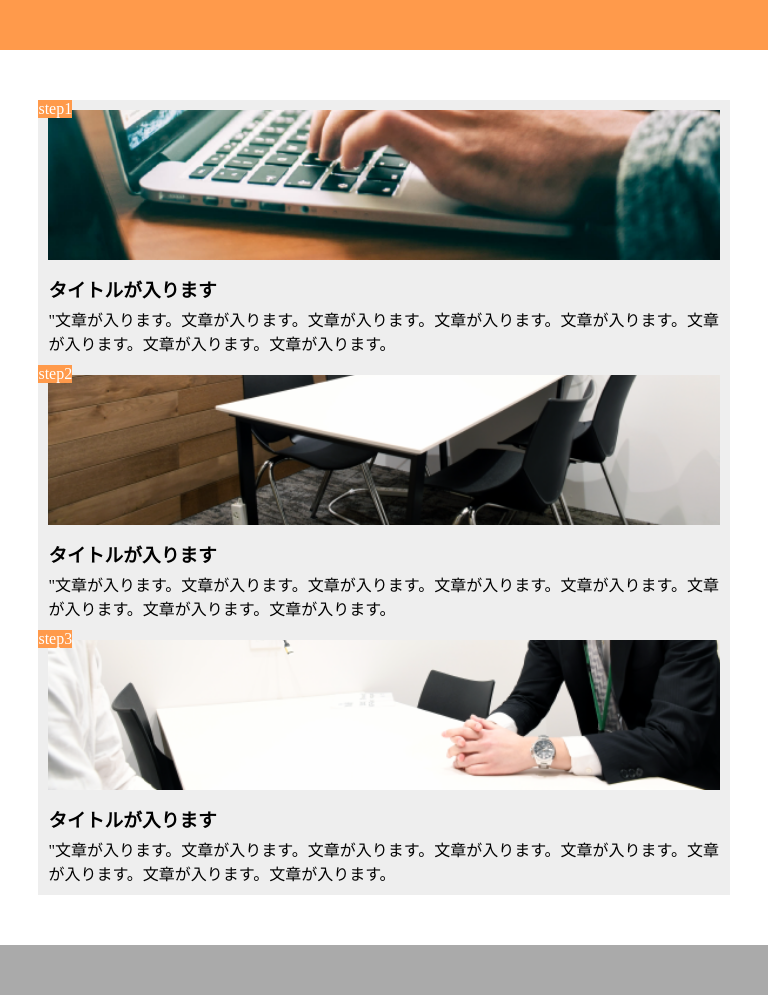
Repository: hal96no/caravan
Page: caravan/index.html
The author's editor kept a record of every edit. The page is drawn from the files as they stood at one moment, then again after the next edit.
The browser window is 768 px wide. The pictures show the whole page.

Above is the page before.

After the next edit:
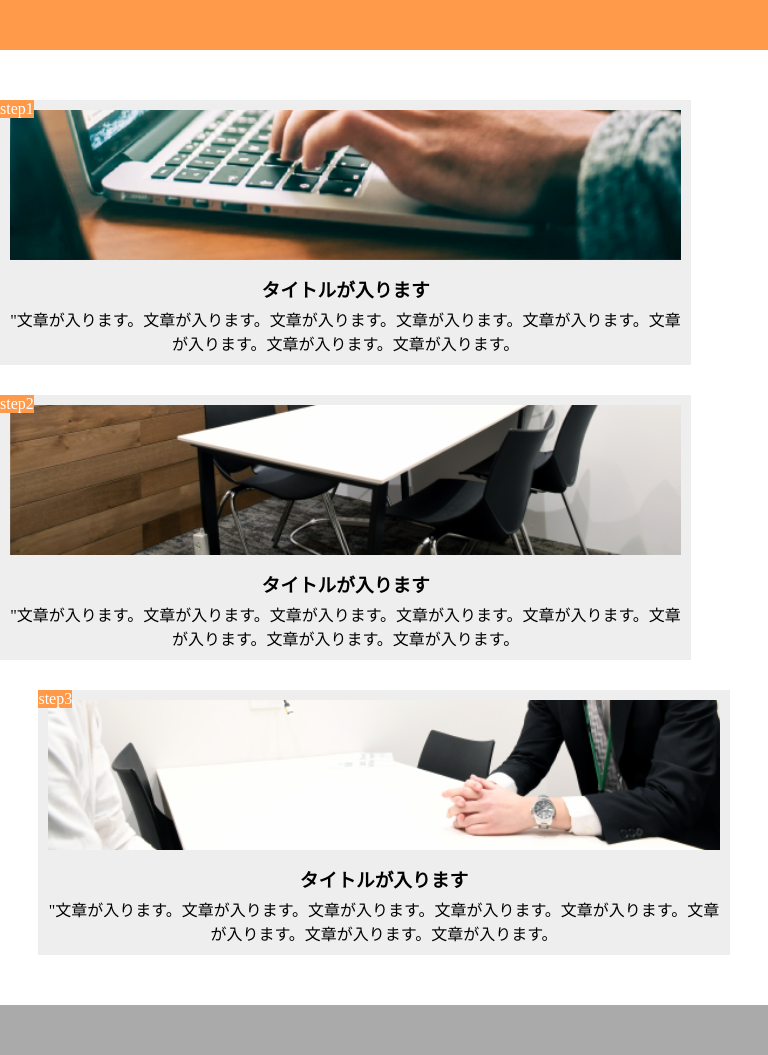
The edit:
--- a/caravan/style.css
+++ b/caravan/style.css
@@ -78,8 +78,8 @@
 
 .step-box {
    width: 90%;
-   margin-bottom: 20px;
-   margin: 0 auto;
+   margin-bottom: 30px;
+   text-align: center;
 }
 
 .step-box:last-child {
